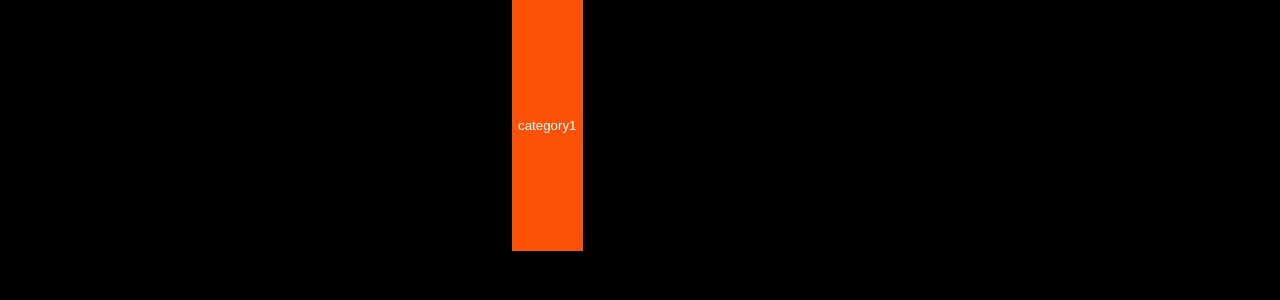
Repository: drumsmanku/react-capstone-project-2
Page: /categories
The author's editor kept a copy of each file at every save. The page is drawn from the files as they stood at one save, then again after the next save.
The browser window is 1280 px wide. The pictures show the whole page.
Some web fonts or font styles are not loaded; a fallback is used. The project was rebuilt for these pictures with package versions that can differ from the ones it lists, and the page was loaded fresh each time. Also part of the build but not shown: src/components/RegistrationPage.js, src/components/SubmitSuccess.js.

Above is the page before, as saved 2023-05-22 21:21:43.

### src/index.css
body,html{
  padding: 0;
  margin: 0;
}

### src/App.js
import './App.css';
import RegistrationPage from './components/RegistrationPage';
import SubmitSuccess from './components/SubmitSuccess';
import CategoriesPage from './components/CategoriesPage';
import { BrowserRouter as Router, Route, Routes} from 'react-router-dom';
function App() {
  const categories=['category1' ];
  const colors=['#FF5209']
  return (
    <div className='App'>
      <Router>
        <Routes>
          <Route path='/' element={<RegistrationPage />}/>
          <Route path='/success' element={<SubmitSuccess/>}/>
          <Route path='/categories' element={<CategoriesPage categories={categories} backgroundcolor={colors} />}/>
        </Routes>
      </Router>
    </div>
  );
}

export default App;

### src/App.css
.App {
  margin: 0;
  padding: 0;

}

### src/components/CategoriesPage.js
import React from 'react'
import './CategoriesPage.css'

function CategoriesPage(props) {
  const{categories, backgroundcolor}=props
  return (
    <div className='container'>
      <div className='first-container'>

      </div>
      <div className='second-container'>
        {categories.map((category, index)=>(
          <button style={{border:'none', background:'none',color:'white', backgroundColor:backgroundcolor, height:'15.68rem'}} key={index}>{category}</button>
        ))}
      </div>
    </div>
  )
}

export default CategoriesPage

### src/components/RegistrationPage.css
@import url('https://fonts.googleapis.com/css2?family=Roboto:wght@900&display=swap');
@import url('https://fonts.googleapis.com/css2?family=Single+Day&display=swap');
@import url('https://fonts.googleapis.com/css2?family=DM+Sans&display=swap');
.reg-page{
  background-image: url('../Assets/back1.png');
  background-size: 50% 120%;
  background-repeat: no-repeat;
  height: 100vh;

  background-color: black;
  display: flex;
}
.first-div{
  font-family:'Roboto';
  color: white;
  width: 50%;
  height: 100vh;
  display: flex;
  justify-content: center;
  position: relative;
}
.first-first-div{
  width: 70%;
  position: absolute;
  bottom: 4.5rem;
}
.first-first-div h1{
  font-size: 3rem;
  padding: 0;
  margin: 0;
}
.second-div{
  height: inherit;
  width: 50%;
  display: flex;
  flex-direction: column;
  justify-content: center;
  align-items: center;
  color: white;
}
.second-div h1{
  font-family: 'Single Day';
  font-size: 3.3rem;
  color: #72DB73;
  font-weight: 400;
  margin: 0;
}
.second-div h4{
  font-family: 'DM Sans';
  font-weight: 200;
  margin-bottom: 2rem;
  margin-top: 1rem;
  font-size: 1.1rem;
}
form{
  display: flex;
  flex-direction: column;
}
form input[type=text]{
  margin: 0.7rem;
  width: 23rem;
  height: 2.9rem;
  border: none;
  background-color: #292929;
  border-radius: 0.1rem;
  font-family: 'DM Sans';
}
form input[type=number]{
  margin: 0.7rem;
  width: 23rem;
  height: 2.9rem;
  border: none;
  background-color: #292929;
  border-radius: 0.1rem;
  font-family: 'DM Sans';

}
form input[type=email]{
  margin: 0.7rem;
  width: 23rem;
  height: 2.9rem;
  border: none;
  background-color: #292929;
  border-radius: 0.1rem;
  font-family: 'DM Sans';
}

form input::placeholder{
  padding-left: 0.9rem;
  font-size: 1rem;
}
.checkbox1{
  width: 100%;
  display: flex;
  padding-left: 0.5rem;
  font-family: 'DM Sans';
  margin: 1.6rem 0 1.6rem 0;
  font-size: 0.9rem;
}
.checkbox1 input[type="checkbox"]{
  margin-right: 1rem;
  border: none;
  transform: scale(1.4);
}
form button{
  background-color: #72DB73;
  border: none;
  height: 3rem;
  width: 23rem;
  border-radius: 2.2rem;
  font-size: 1.4rem;
  font-family: 'DM Sans';
  font-weight: 600;
  color: white;
  letter-spacing: 0.2rem;
}

### src/components/CategoriesPage.css
.container{
  display:flex;
  background-color: black;
  height: 100vh;
  width: 100%;
}
.first-container{
  height: inherit;
  width: 40%;
}

.second-container{
  height: inherit;
  width: 60%;
}

Loaded but not shown: public/index.html (common file); src/index.js (common file)

After the next save:
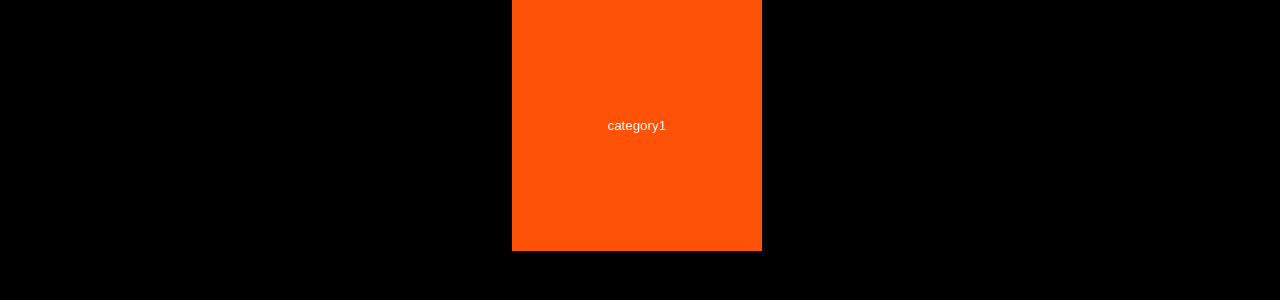
Saved 19 s later.
--- a/src/components/CategoriesPage.js
+++ b/src/components/CategoriesPage.js
@@ -10,7 +10,7 @@ function CategoriesPage(props) {
       </div>
       <div className='second-container'>
         {categories.map((category, index)=>(
-          <button style={{border:'none', background:'none',color:'white', backgroundColor:backgroundcolor, height:'15.68rem'}} key={index}>{category}</button>
+          <button style={{border:'none', background:'none',color:'white', backgroundColor:backgroundcolor, height:'15.68rem', width:'15.6rem'}} key={index}>{category}</button>
         ))}
       </div>
     </div>
